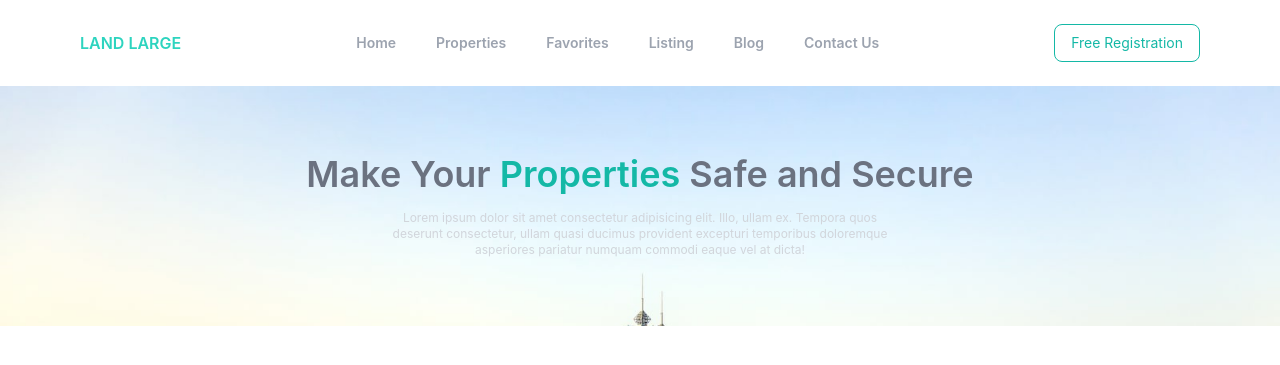
Repository: MuniruIssah/realestate
Page: /
An editor plug-in stored every save of this project. The page is shown before and after a run of saves, followed by the edit.
The browser window is 1280 px wide. The pictures show the whole page.
The project was rebuilt for these pictures with package versions that can differ from the ones it lists, and the page was loaded fresh each time. Also part of the build but not shown: src/App.css.

Above is the page before, as saved 2022-02-19 22:00:44.

### src/App.js
import logo from './logo.svg';
import './App.css';
import Header from './components/Header';
import Jumbotron from './components/Jumbotron';

function App() {
  return (
    <div className="h-screen">
      <Header/>
      <Jumbotron/>

    </div>
  );
}

export default App;

### src/components/Header.js
import React from "react";
const links = [
  "Home",
  "Properties",
  "Favorites",
  "Listing",
  "Blog",
  "Contact Us",
];
const Header = () => {
  return (
    <div className="flex justify-between items-center px-3 lg:px-20 py-6">
      <span className="uppercase text-teal-400  font-semibold">land large</span>
      <div className="hidden lg:flex space-x-10 items-center">
        {links.map((link, index) => (
          <LinkItem key={index} name={link} />
        ))}
      </div>
      <button className="text-teal-500 border border-teal-500 rounded rounded-lg py-2 px-4 text-sm">
          Free Registration
      </button>
    </div>
  );
};

export default Header;

const LinkItem = ({ name }) => {
  return (
    <a href="#" className="text-gray-400 hover:text-teal-500 font-semibold text-sm">
      {name}
    </a>
  );
};

### src/components/Jumbotron.js
import React from "react";
import building from "../assets/building_cloud.jpg";
const Jumbotron = () => {
  return (
    <div
      style={{ backgroundImage: `url(${building})` }}
      className="h-1/3 flex flex-col justify-center items-center space-y-4 w-full bg-no-repeat bg-cover"
    >
      <span className="lg:text-4xl text-gray-500 text-center font-semibold">
        Make Your <span className="text-teal-500">Properties</span> Safe and
        Secure
      </span>
      <p className="text-gray-300 text-xs text-center max-w-lg">
        Lorem ipsum dolor sit amet consectetur adipisicing elit. Illo, ullam ex.
        Tempora quos deserunt consectetur, ullam quasi ducimus provident
        excepturi temporibus doloremque asperiores pariatur numquam commodi
        eaque vel at dicta!
      </p>
    </div>
  );
};

export default Jumbotron;

Loaded but not shown: public/index.html (common file); src/index.js (common file); src/index.css (common file); src/reportWebVitals.js (common file); tailwind.config.js (common file)

After the next 2 saves:
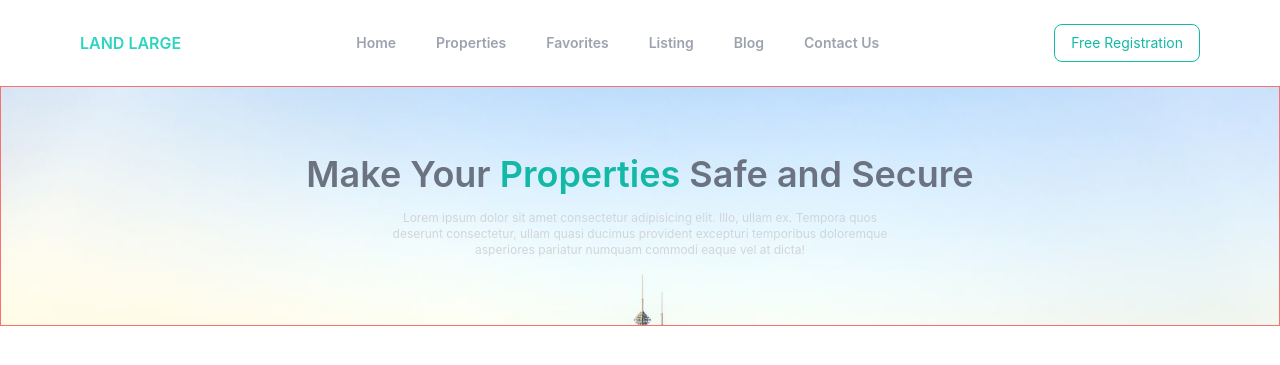
The 2 saves are shown as one change because they came seconds apart.
The last was saved 20 s later.
--- a/src/components/Jumbotron.js
+++ b/src/components/Jumbotron.js
@@ -4,7 +4,7 @@ const Jumbotron = () => {
   return (
     <div
       style={{ backgroundImage: `url(${building})` }}
-      className="h-1/3 flex flex-col justify-center items-center space-y-4 w-full bg-no-repeat bg-cover"
+      className="h-1/3 flex flex-col justify-center items-center space-y-4 w-full border border-red-400 bg-no-repeat bg-cover"
     >
       <span className="lg:text-4xl text-gray-500 text-center font-semibold">
         Make Your <span className="text-teal-500">Properties</span> Safe and
